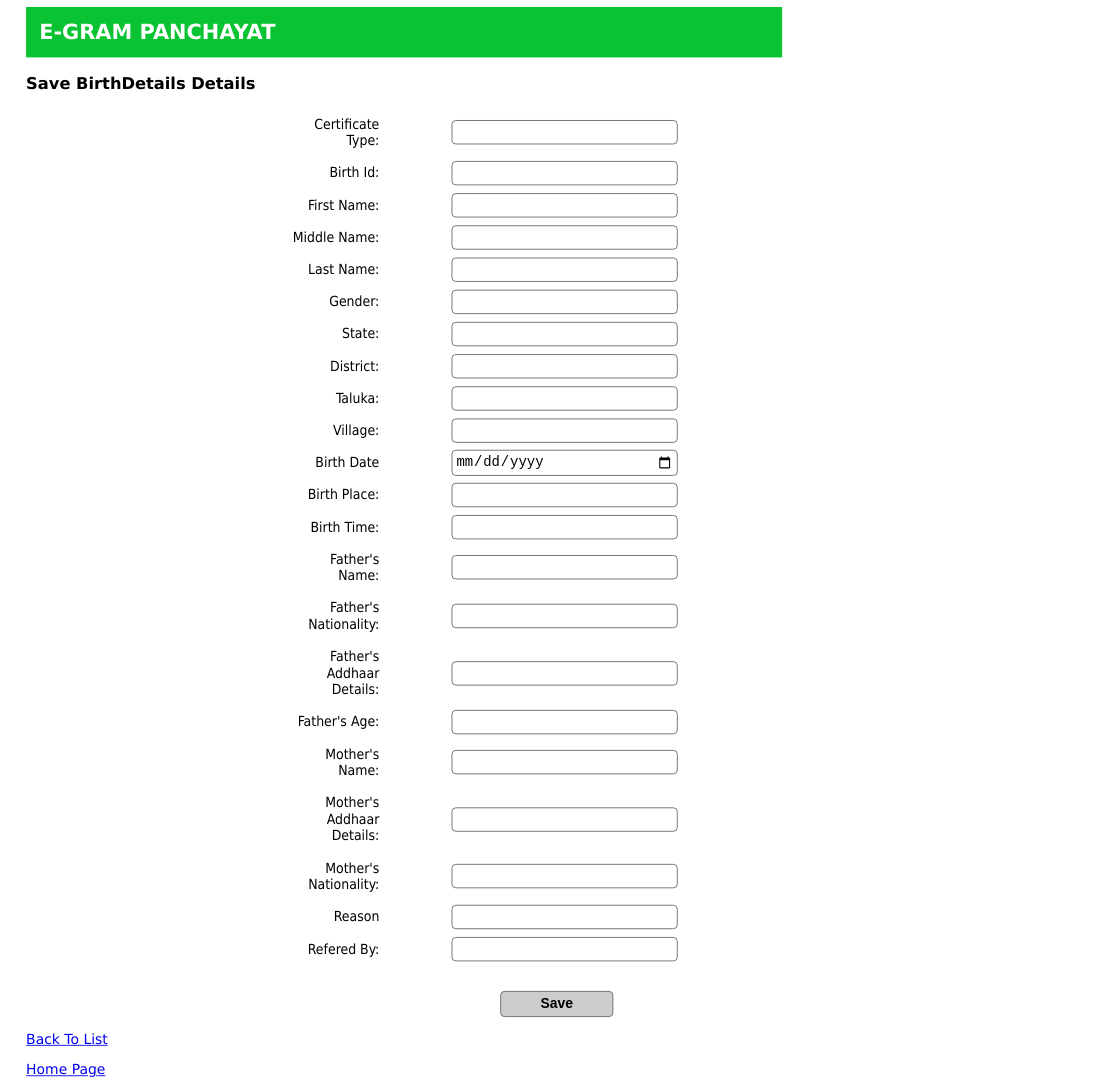
Repository: vsc8791/IMS
Page: http://localhost/epanchayat/WEB-INF/view/deathDetails-form.jsp
The author's editor kept a copy of each file at every save. The page is drawn from the files as they stood at one save, then again after the next save.
The browser window is 1280 px wide. The pictures show the whole page, at 87% of full size.
The page is served by Tomcat 9. Nobody is signed in. The template is opened directly, without the code that normally fills it, so the values that code supplies are empty.

Above is the page before, as saved 2018-07-30 04:10:00.

After the next save:
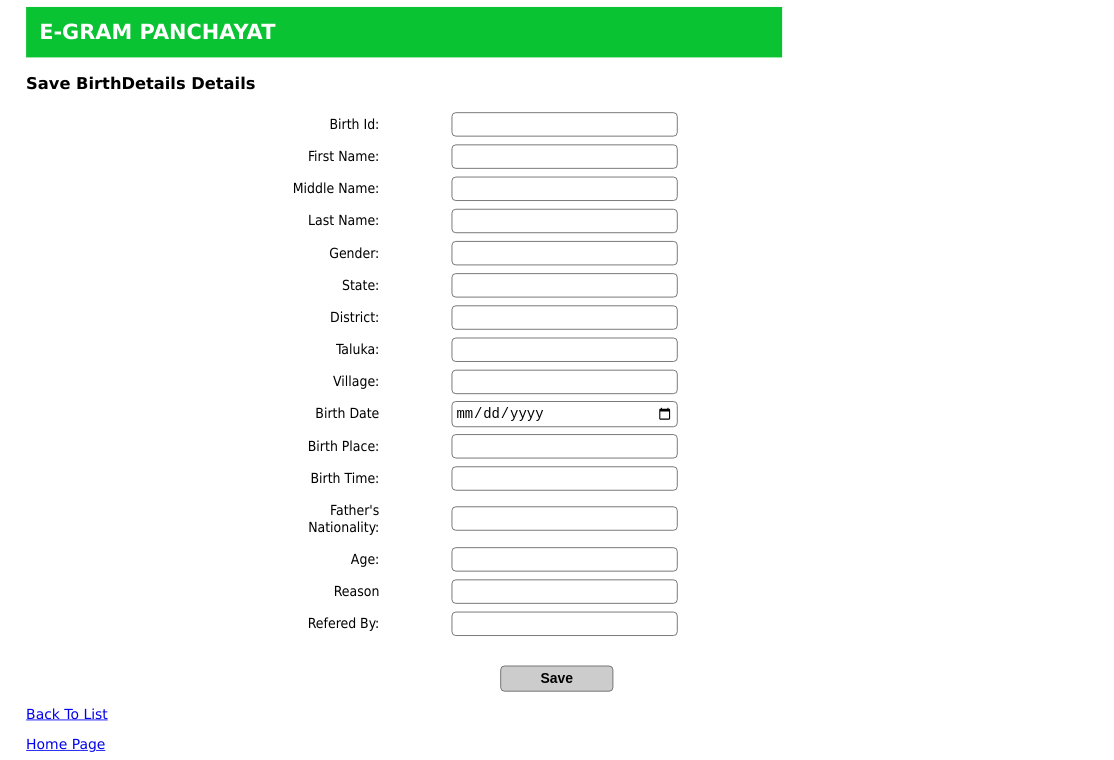
Saved 87 s later.
--- a/epanchayat/WebContent/WEB-INF/view/deathDetails-form.jsp
+++ b/epanchayat/WebContent/WEB-INF/view/deathDetails-form.jsp
@@ -19,18 +19,14 @@
 	</div>
 	<div>
 		<h3>Save BirthDetails Details</h3>
-		<form:form action="saveBirthDetails" modelAttribute="birthDetails"
+		<form:form action="saveDeathDetails" modelAttribute="deathDetails"
 			method="POST">
 			<!-- need to associate this data with BirthDetails Id -->
 			<form:hidden path="id"/>
 
 			<table align="center">
 				<tbody>
-					<tr>
-						<td><label>Certificate Type:</label></td>
-						<td><form:input path="certificate_type"  /></td>
-					</tr>
-					<tr>
+										<tr>
 						<td><label>Birth Id:</label></td>
 						<td><form:input path="birthid" /></td>
 					</tr>
@@ -78,35 +74,20 @@
 						<td><label>Birth Time:</label></td>
 						<td><form:input path="birthtime"/></td>
 					</tr>
-					<tr>
-						<td><label>Father's Name:</label></td>
-						<td><form:input path="fathername"/></td>
-					</tr>
+
 					<tr>
 						<td><label>Father's Nationality:</label></td>
-						<td><form:input path="fathernationality"/></td>
-					</tr>
-					<tr>
-						<td><label>Father's Addhaar Details:</label></td>
-						<td><form:input path="fadhaar" type="number"/></td>
-					</tr>
-					<tr>
-						<td><label>Father's Age:</label></td>
-						<td><form:input path="fage" type="number"/></td>
+						<td><form:input path="nationality"/></td>
 					</tr>
 
 					<tr>
-						<td><label>Mother's Name:</label></td>
-						<td><form:input path="mothername"/></td>
+						<td><label> Age:</label></td>
+						<td><form:input path="deathage" type="number"/></td>
 					</tr>
-					<tr>
-						<td><label>Mother's Addhaar Details:</label></td>
-						<td><form:input path="madhaar" type="number"/></td>
-					</tr>
-					<tr>
-						<td><label>Mother's Nationality:</label></td>
-						<td><form:input path="mothernationality"/></td>
-					</tr>
+
+
+
+
 					<tr>
 						<td><label>Reason</label></td>
 						<td><form:input path="deathreason" /></td>
@@ -122,7 +103,7 @@
 		</form:form>
 		<!--  <center><input  type="submit" value="Save" class="save"/> </center> -->
 		<div style="clear;both;"></div>
-		<p><a href="${pageContext.request.contextPath}/birthDetails/list">Back To List</a></p>
+		<p><a href="${pageContext.request.contextPath}/deathDetails/list">Back To List</a></p>
 			<a href="http://localhost:8082/epanchayat/">Home Page</a>
 	</div>
 
